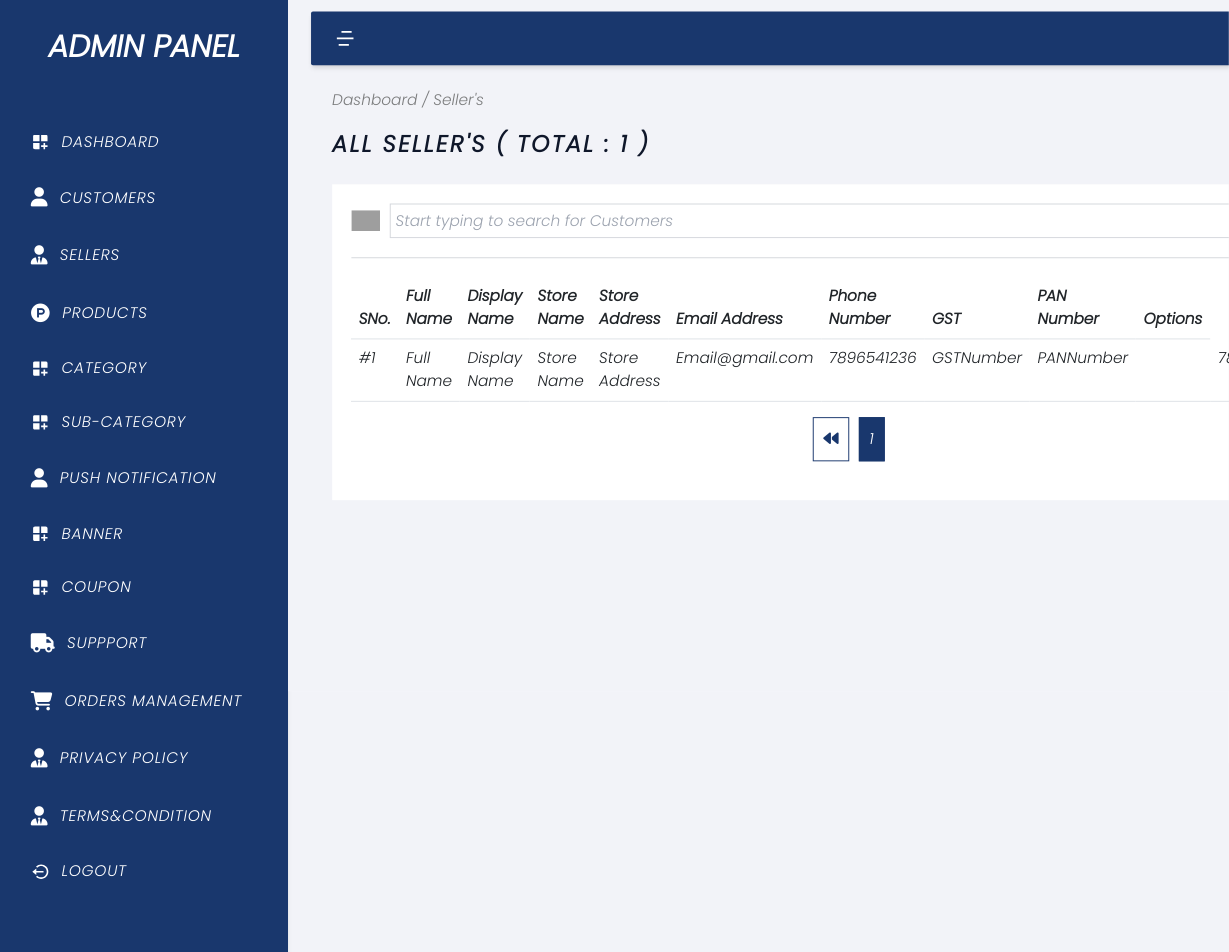
Repository: shishpal2000/admin.aschpro
Page: /VendorList
These files come from the project's save history. The page is drawn as it stood at one moment and after a run of saves; the edit follows.
The browser window is 1280 px wide. The pictures show the whole page, at 96% of full size.
Pictures or frames that could not be fetched are drawn as grey boxes. Some web libraries are served in a nearby version. The project was rebuilt for these pictures with package versions that can differ from the ones it lists, and the page was loaded fresh each time. Also part of the build but not shown: src/E-CommerceAdmin/forms/Login.jsx, src/E-CommerceAdmin/pages/Dashboard.jsx, src/E-CommerceAdmin/pages/ECategory.js, src/E-CommerceAdmin/pages/EProduct.js, src/E-CommerceAdmin/pages/EAdminOrders.js, src/E-CommerceAdmin/pages/EAdminDelivery.js, src/E-CommerceAdmin/pages/EAdminCustomer.js, src/E-CommerceAdmin/pages/ESubCategory.js and 5 more. Imported but missing from the stored project, and not drawn on this page: src/E-CommerceAdmin/pages/Complaints, src/E-CommerceAdmin/pages/Component/SpinnerComp, src/E-CommerceAdmin/pages/EAdmin, src/E-CommerceAdmin/pages/EAdminProduct, src/E-CommerceAdmin/pages/ESingleProduct, src/E-CommerceAdmin/pages/GetMeThis, src/E-CommerceAdmin/pages/HelpSupport.

Above is the page before, as saved 2023-06-28 15:03:02.

### public/index.html
<!-- @format -->

<!DOCTYPE html>
<html lang="en">
  <head>
    <meta charset="utf-8" />
    <meta name="viewport" content="width=device-width, initial-scale=1" />
    <meta name="theme-color" content="#000000" />
    <meta
      name="description"
      content="Web site created using create-react-app"
    />
    <link rel="icon" href="%PUBLIC_URL%/favicon.png" />
    <link rel="manifest" href="%PUBLIC_URL%/manifest.json" />
    <link rel="preconnect" href="https://fonts.googleapis.com">
<link rel="preconnect" href="https://fonts.gstatic.com" crossorigin>
<link href="https://fonts.googleapis.com/css2?family=Roboto+Mono:ital,wght@1,300&display=swap" rel="stylesheet">
    <title>Subharambh</title>
  </head>
  <body>
    <noscript>You need to enable JavaScript to run this app.</noscript>
    <div id="root"></div>
    <script src="https://code.jquery.com/jquery-3.6.0.min.js"></script>
    <script src="https://kit.fontawesome.com/b533b351e4.js" crossorigin="anonymous"></script>
    <script type="module" src="https://unpkg.com/ionicons@7.1.0/dist/ionicons/ionicons.esm.js"></script>
<script nomodule src="https://unpkg.com/ionicons@7.1.0/dist/ionicons/ionicons.js"></script>
  </body>
</html>

### src/E-CommerceAdmin/pages/EVendorList.js
/** @format */
import axios from "axios";
import React, { useEffect, useState } from "react";
import { Alert, Badge, Button, Form, Modal, Table } from "react-bootstrap";
import { toast } from "react-toastify";
import HOC from "../layout/HOC";

const EVendorList = () => {

  const data = [
    {
      fullName : "Full Name" ,
      displayName : 'Display Name' ,
      storeName : "Store Name" ,
      storeAddress : "Store Address"  ,
      email : "Email@gmail.com" ,
      phone : "7896541236" ,
      GST : "GSTNumber" ,
      Pan : "PANNumber" ,
    }
  ]

    // Pagination and Filter
    const [query, setQuery] = useState("");
    const [currentPage2, setCurrentPage2] = useState(1);
    const [postPerPage2] = useState(10);
    const lastPostIndex2 = currentPage2 * postPerPage2;
    const firstPostIndex2 = lastPostIndex2 - postPerPage2;

    let pages2 = [];

    const TotolData = query
      ? data?.filter(
          (i) =>
            i?.name?.toLowerCase().includes(query?.toLowerCase()) ||
            i?.email?.toLowerCase().includes(query?.toLowerCase())
        )
      : data;

    useEffect(() => {
      if (query) {
        setCurrentPage2(1);
      }
    }, [query]);

    const slicedData = TotolData?.slice(firstPostIndex2, lastPostIndex2);

    for (let i = 1; i <= Math.ceil(TotolData?.length / postPerPage2); i++) {
      pages2.push(i);
    }

    function Next() {
      setCurrentPage2(currentPage2 + 1);
    }

    function Prev() {
      if (currentPage2 !== 1) {
        setCurrentPage2(currentPage2 - 1);
      }
    }







  return (
    <>


      <p className="headP">Dashboard / Seller's</p>
      <div
        className="pb-4 sticky top-0  w-full flex justify-between items-center"
        style={{ width: "98%", marginLeft: "2%" }}
      >
        <span
          className="tracking-widest text-slate-900 font-semibold uppercase "
          style={{ fontSize: "1.5rem" }}
        >
          All Seller's ( Total : {data?.length} )
        </span>
      </div>

      <section className="sectionCont">
        {data?.length === 0 || !data ? (
          <Alert>No Data Found</Alert>
        ) : (
          <>
            <div className="filterBox">
              <img
                src="https://t4.ftcdn.net/jpg/01/41/97/61/360_F_141976137_kQrdYIvfn3e0RT1EWbZOmQciOKLMgCwG.jpg"
                alt=""
              />
              <input
                type="search"
                placeholder="Start typing to search for Customers"
                onChange={(e) => setQuery(e.target.value)}
              />
            </div>

            <div className="overFlowCont">
              <Table>
                <thead>
                  <tr>
                    <th>SNo.</th>
                    <th>Full Name</th>
                    <th>Display Name</th>
                    <th>Store Name</th>
                    <th>Store Address</th>
                    <th>Email Address</th>
                    <th>Phone Number</th>
                    <th>GST</th>
                    <th>PAN Number</th>
                    <th>Options</th>
                  </tr>
                </thead>
                <tbody>
                  {slicedData?.map((i, index) => (
                    <tr key={index}>
                      <td>#{index + 1} </td>
                      <td> {i.fullName} </td>
                      <td> {i.displayName} </td>
                      <td> {i.storeName} </td>
                      <td> {i.storeAddress} </td>
                      <td> {i.email} </td>
                      <td> {i.phone} </td>
                      <td> {i.GST} </td>
                      <td> {i.Pan} </td>
                      <td>
                        <Badge bg="success">{i.role}</Badge>
                      </td>
                      <td> {i.phone} </td>
                      <td>
                        <i
                          className="fa-solid fa-trash"

                        />
                      </td>

                    </tr>
                  ))}
                </tbody>
              </Table>

                {/* Pagination */}
                <div className="pagination">
                <button onClick={() => Prev()} className="prevBtn">
                  <i className="fa-solid fa-backward"></i>
                </button>
                {currentPage2 === 1 ? (
                  ""
                ) : (
                  <button onClick={() => setCurrentPage2(1)}>1</button>
                )}

                {pages2
                  ?.slice(currentPage2 - 1, currentPage2 + 3)
                  .map((i, index) =>
                    i === pages2?.length ? (
                      ""
                    ) : (
                      <button
                        key={index}
                        onClick={() => setCurrentPage2(i)}
                        className={currentPage2 === i ? "activePage" : ""}
                      >
                        {" "}
                        {i}{" "}
                      </button>
                    )
                  )}

                <button onClick={() => setCurrentPage2(pages2?.length)} className={currentPage2 === pages2?.length ? "activePage" : ""} >
                  {" "}
                  {pages2?.length}{" "}
                </button>

                {currentPage2 === pages2?.length ? (
                  ""
                ) : (
                  <button onClick={() => Next()} className="nextBtn">
                    {" "}
                    <i className="fa-sharp fa-solid fa-forward"></i>
                  </button>
                )}
              </div>
            </div>
          </>
        )}
      </section>
    </>
  );
};

export default HOC(EVendorList);

### src/E-CommerceAdmin/layout/HOC.jsx
/** @format */

import React, { useState } from "react";
import Navbar from "./Navbar";
import Sidebar from "./Sidebar";

const HOC = (Wcomponenet) => {
  return function Component() {
    const [hamb, setHamb] = useState(false);
    return (
      <>
        <section
          className="flex overflow-x-hidden relative "
          style={{ backgroundColor: "#f2f3f8" }}
        >
          {/* Sidebar */}
          <div
            className={
              hamb
                ? " absolute top-0 z-30 md:w-auto shadow-md bg-slate-200  w-60 transition-all md:-left-full left duration-150  h-auto overflow-y-auto  left-0 "
                : " md:w-72 z-30 bg-slate-200  shadow-md  md:static absolute top-0 -left-full   transition-all duration-150  overflow-y-auto h-auto"
            }
            style={{ minWidth: "300px" }}
          >
            <Sidebar hamb={hamb} setHamb={setHamb} />
          </div>
          {/* Components & Navbar */}
          <div
            className={
              hamb
                ? " transition-all px-4 py-2  duration-150 w-full h-screen"
                : " w-full h-screen  px-4 py-2   z-50 transition-all duration-150 "
            }
            style={{ backgroundColor: "#f2f3f8" }}
          >
            <Navbar hamb={hamb} setHamb={setHamb} />
            <div className="my-6 text-#000 h-[87%] wcomp overflow-y-auto">
              {" "}
              <Wcomponenet />
            </div>
          </div>
        </section>
      </>
    );
  };
};

export default HOC;

### src/E-CommerceAdmin/layout/Navbar.jsx
/** @format */

import { RiMenu4Line } from "react-icons/ri";

const Navbar = ({ hamb, setHamb }) => {
  const AdminName = localStorage.getItem("AdminName")
  return (
    <>
      <div
        className={
          hamb
            ? "flex  w-full justify-between  my-1 rounded-sm  p-4 py-3 shadow-md items-center  bg-slate-200 space-x-4"
            : "flex  w-full justify-between my-1 rounded-sm  p-4 py-3 shadow-md items-center  bg-slate-200 space-x-4"
        }
        style={{ backgroundColor: "#19376d" }}
      >
        <RiMenu4Line
          onClick={() => setHamb(!hamb)}
          className="text-2xl font-bold text-gray-900 hover:scale-90 cursor-pointer"
          style={{ color: "#fff" }}
        />

        <section className="flex sm:ml-auto justify-end sm:w-full items-center space-x-2  pr-2">
          <figcaption className="tracking-wider pl-1 font-semibold">
            <div
              className="lg:text-base text-sm text-gray-900  uppercase"
              style={{ color: "#fff" }}
            >
              Welcome {AdminName}
            </div>
          </figcaption>
        </section>
      </div>
    </>
  );
};

export default Navbar;

### src/E-CommerceAdmin/layout/Sidebar.jsx
/** @format */

import React from "react";
import { RiCloseLine } from "react-icons/ri";
import { Link, useNavigate } from "react-router-dom";
import { BiLogOutCircle } from "react-icons/bi";
import { MdDashboardCustomize } from "react-icons/md";

const Sidebar = ({ hamb, setHamb }) => {
  const navigate = useNavigate();

  const nav = [
    {
      icon: <MdDashboardCustomize className="text-xl mr-3 rounded-full " />,
      link: "/dashboard ",
      name: "Dashboard",
    },

    {
      icon: (
        <i className="fa-solid fa-user text-xl mr-3 rounded-full"></i>
      ),
      link: "/Customer",
      name: "Customers",
    },
    {
      icon: <i className="fa-solid fa-user-tie text-xl mr-3 rounded-full"></i>,
      link: "/VendorList",
      name: "Sellers",
    },
    {
      icon: (
    <i className="fa-brands fa-product-hunt text-xl mr-3 rounded-full"></i>
      ),
      link: "/Product",
      name: "Products",
    },
    {
      icon: <MdDashboardCustomize className="text-xl mr-3 rounded-full " />,
      link: "/Category",
      name: "Category",
    },

    {
      icon: <MdDashboardCustomize className="text-xl mr-3 rounded-full " />,
      link: "/SubCategory",
      name: "Sub-Category",
    },
    {
      icon: <i className="fa-solid fa-user text-xl mr-3 rounded-full"></i>,
      link: "/pushNotification",
      name: "Push Notification",
    },

    {
      icon: <MdDashboardCustomize className="text-xl mr-3 rounded-full " />,
      link: "/banner",
      name: "Banner",
    },
    {
      icon: <MdDashboardCustomize className="text-xl mr-3 rounded-full " />,
      link: "/coupon",
      name: "Coupon",
    },

    {
      icon: <i className="fa-solid fa-truck  text-xl mr-3 rounded-full"></i>,
      link: "/Support",
      name: "Suppport",
    },
    {
      icon: (
        <i className="fa-solid fa-cart-shopping text-xl mr-3 rounded-full"></i>
      ),
      link: "/Orders",
      name: "Orders Management",
    },

    {
      icon: <i className="fa-solid fa-user-tie text-xl mr-3 rounded-full"></i>,
      link: "/privacy",
      name: "Privacy Policy",
    },
    {
      icon: <i className="fa-solid fa-user-tie text-xl mr-3 rounded-full"></i>,
      link: "/terms",
      name: "Terms&Condition",
    }
  ];

  const logOut = () => {
    localStorage.clear()
    navigate("/");
  };

  return (
    <>
      <aside
        className="p-4 h-auto"
        style={{ backgroundColor: "#19376d", minHeight: "100vh" }}
      >
        {/* Top */}
        <div className="w-full md:hidden relative  p-2 mb-4">
          <RiCloseLine
            onClick={() => setHamb(!hamb)}
            className="text-3xl  absolute top-2 sm:hover:rotate-[228deg] transition-transform font-bold right-2 sm:hover:text-[22px] text-[rgb(241,146,46)] cursor-pointer"
          />
        </div>{" "}
        <figure className="flex  flex-col items-center">
          <span
            className="font-bold text-[#fff]"
            style={{
              fontSize: "2rem",
              textAlign: "center",
              textTransform: "uppercase",
            }}
          >
            {" "}
            ADMIN PANEL
          </span>
        </figure>
        <nav className="py-6">
          {nav.map((nav) => {
            return (
              <Link
                to={nav.link}
                key={nav.name}
                className=""
                style={{ textDecoration: "none", textTransform: "uppercase" }}
              >
                <span
                  className="flex my-3 items-center cursor-pointer text-gray-900    tracking-wider p-2 rounded-sm"
                  style={{ color: "#FFF" }}
                >
                  {nav.icon} {nav.name}
                </span>
              </Link>
            );
          })}
          <span
            className="flex my-3 items-center cursor-pointer text-gray-900    tracking-wider p-2 rounded-sm"
            onClick={() => logOut()}
            style={{ color: "#FFF", textTransform: "uppercase" }}
          >
            <BiLogOutCircle className="text-xl mr-3 rounded-full " /> LogOut
          </span>
        </nav>
      </aside>
    </>
  );
};

export default Sidebar;

Loaded but not shown: tailwind.config.js (common file); src/App.js (69 lines, source omitted); src/index.js (15 lines, source omitted); src/index.css (496 lines, source omitted)

After the next 2 saves:
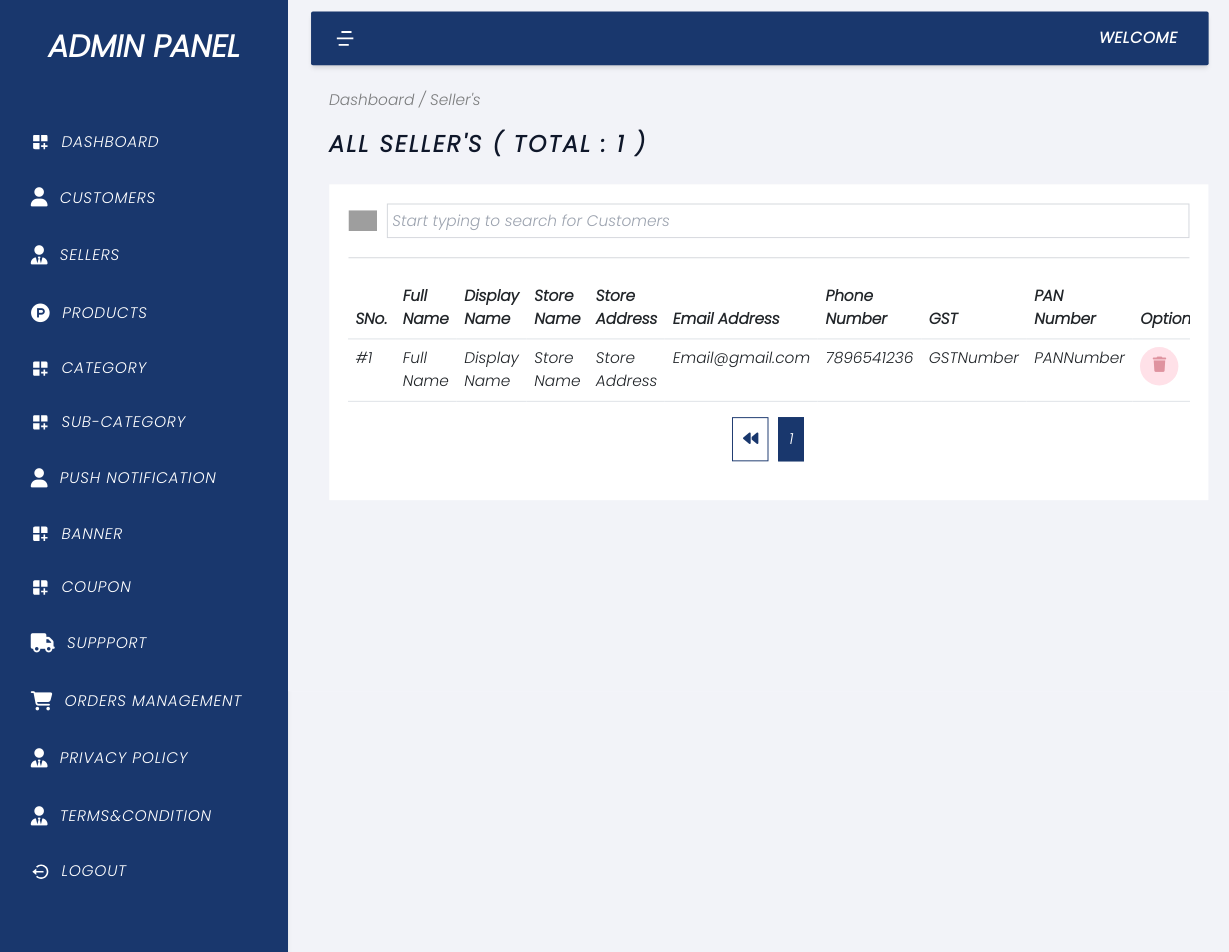
The 2 saves are shown as one change because they came seconds apart.
The last was saved 9 s later.
--- a/src/E-CommerceAdmin/pages/EVendorList.js
+++ b/src/E-CommerceAdmin/pages/EVendorList.js
@@ -6,69 +6,60 @@ import { toast } from "react-toastify";
 import HOC from "../layout/HOC";
 
 const EVendorList = () => {
-
   const data = [
     {
-      fullName : "Full Name" ,
-      displayName : 'Display Name' ,
-      storeName : "Store Name" ,
-      storeAddress : "Store Address"  ,
-      email : "Email@gmail.com" ,
-      phone : "7896541236" ,
-      GST : "GSTNumber" ,
-      Pan : "PANNumber" ,
+      fullName: "Full Name",
+      displayName: "Display Name",
+      storeName: "Store Name",
+      storeAddress: "Store Address",
+      email: "Email@gmail.com",
+      phone: "7896541236",
+      GST: "GSTNumber",
+      Pan: "PANNumber",
+    },
+  ];
+
+  // Pagination and Filter
+  const [query, setQuery] = useState("");
+  const [currentPage2, setCurrentPage2] = useState(1);
+  const [postPerPage2] = useState(10);
+  const lastPostIndex2 = currentPage2 * postPerPage2;
+  const firstPostIndex2 = lastPostIndex2 - postPerPage2;
+
+  let pages2 = [];
+
+  const TotolData = query
+    ? data?.filter(
+        (i) =>
+          i?.name?.toLowerCase().includes(query?.toLowerCase()) ||
+          i?.email?.toLowerCase().includes(query?.toLowerCase())
+      )
+    : data;
+
+  useEffect(() => {
+    if (query) {
+      setCurrentPage2(1);
     }
-  ]
+  }, [query]);
 
-    // Pagination and Filter
-    const [query, setQuery] = useState("");
-    const [currentPage2, setCurrentPage2] = useState(1);
-    const [postPerPage2] = useState(10);
-    const lastPostIndex2 = currentPage2 * postPerPage2;
-    const firstPostIndex2 = lastPostIndex2 - postPerPage2;
+  const slicedData = TotolData?.slice(firstPostIndex2, lastPostIndex2);
 
-    let pages2 = [];
+  for (let i = 1; i <= Math.ceil(TotolData?.length / postPerPage2); i++) {
+    pages2.push(i);
+  }
 
-    const TotolData = query
-      ? data?.filter(
-          (i) =>
-            i?.name?.toLowerCase().includes(query?.toLowerCase()) ||
-            i?.email?.toLowerCase().includes(query?.toLowerCase())
-        )
-      : data;
+  function Next() {
+    setCurrentPage2(currentPage2 + 1);
+  }
 
-    useEffect(() => {
-      if (query) {
-        setCurrentPage2(1);
-      }
-    }, [query]);
-
-    const slicedData = TotolData?.slice(firstPostIndex2, lastPostIndex2);
-
-    for (let i = 1; i <= Math.ceil(TotolData?.length / postPerPage2); i++) {
-      pages2.push(i);
+  function Prev() {
+    if (currentPage2 !== 1) {
+      setCurrentPage2(currentPage2 - 1);
     }
-
-    function Next() {
-      setCurrentPage2(currentPage2 + 1);
-    }
-
-    function Prev() {
-      if (currentPage2 !== 1) {
-        setCurrentPage2(currentPage2 - 1);
-      }
-    }
-
-
-
-
-
-
+  }
 
   return (
     <>
-
-
       <p className="headP">Dashboard / Seller's</p>
       <div
         className="pb-4 sticky top-0  w-full flex justify-between items-center"
@@ -127,24 +118,17 @@ const EVendorList = () => {
                       <td> {i.phone} </td>
                       <td> {i.GST} </td>
                       <td> {i.Pan} </td>
+
                       <td>
-                        <Badge bg="success">{i.role}</Badge>
+                        <i className="fa-solid fa-trash" />
                       </td>
-                      <td> {i.phone} </td>
-                      <td>
-                        <i
-                          className="fa-solid fa-trash"
-
-                        />
-                      </td>
-
                     </tr>
                   ))}
                 </tbody>
               </Table>
 
-                {/* Pagination */}
-                <div className="pagination">
+              {/* Pagination */}
+              <div className="pagination">
                 <button onClick={() => Prev()} className="prevBtn">
                   <i className="fa-solid fa-backward"></i>
                 </button>
@@ -171,7 +155,12 @@ const EVendorList = () => {
                     )
                   )}
 
-                <button onClick={() => setCurrentPage2(pages2?.length)} className={currentPage2 === pages2?.length ? "activePage" : ""} >
+                <button
+                  onClick={() => setCurrentPage2(pages2?.length)}
+                  className={
+                    currentPage2 === pages2?.length ? "activePage" : ""
+                  }
+                >
                   {" "}
                   {pages2?.length}{" "}
                 </button>
